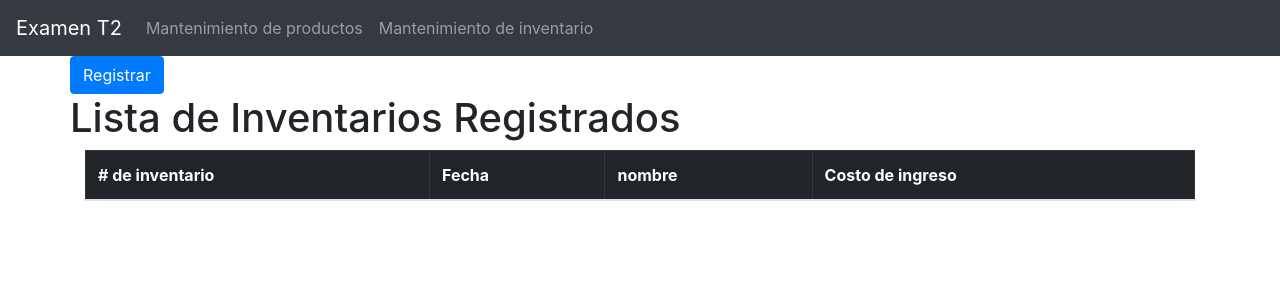
Repository: cartulina68/LP2_Examen2_Rosas
Page: http://localhost/inventario/index
An editor plug-in stored every save of this project. The page is shown before and after the next save, followed by the edit.
The browser window is 1280 px wide. The pictures show the whole page.
The page is this project's Thymeleaf template; nobody is signed in. The template is opened directly, without the code that normally fills it, so the values that code supplies are empty.

Above is the page before, as saved 2024-10-12 03:30:23.

### Spring/BD_T2_Inventario/src/main/resources/templates/inventario/index.html
<!DOCTYPE html>
<html xmlns:th="http://www.thymeleaf.org">
<head>
<meta charset="UTF-8">
<title>Inventario</title>
</head>
<link rel="stylesheet"
	href="https://maxcdn.bootstrapcdn.com/bootstrap/4.0.0/css/bootstrap.min.css"
	integrity="sha384-Gn5384xqQ1aoWXA+058RXPxPg6fy4IWvTNh0E263XmFcJlSAwiGgFAW/dAiS6JXm"
	crossorigin="anonymous">
<body>
	<nav class="navbar navbar-expand-md bg-dark navbar-dark">
		<!-- Brand -->
		<a class="navbar-brand" href="#">Examen T2</a>

		<!-- Toggler/Collapse Button -->
		<button class="navbar-toggler" type="button" data-toggle="collapse"
			data-target="#collapsibleNavbar">
			<span class="navbar-toggler-icon"></span>
		</button>

		<!-- Navbar links -->
		<div class="collapse navbar-collapse" id="collapsibleNavbar">
			<ul class="navbar-nav">
				<li class="nav-item"><a class="nav-link" th:href="@{/producto/index}">Mantenimiento de productos</a></li>
				<li class="nav-item"><a class="nav-link" th:href="@{/inventario/index}">Mantenimiento de inventario</a></li>
			</ul>
		</div>
	</nav>
	<div class="container">


		<div class="row">
			<a th:href="@{/inventario/new}" class="btn btn-primary">Registrar</a>
		</div>

		<div class="row">
			<h1>Lista de Inventarios Registrados</h1>
		</div>


		<table class="table table-striped table-bordered">
			<thead class="table-dark">
				<tr>
					<th># de inventario</th>
					<th>Fecha</th>
					<th>nombre</th>
					<th>Costo de ingreso</th>
				</tr>
			</thead>
			<tbody>
				<tr th:each="inventario: ${inventarios}">
					<td th:text="${inventario.nroInventario}"></td>
					<td th:text="${inventario.fecha}"></td>
					<td th:text="${inventario.idProd.nomProd}"></td>
					<td th:text="${inventario.costoIngreso}"></td>



					<td>
						<a th:href="@{/inventario/edit/{id}(id=${inventario.nroInventario})}" class="btn btn-primary">Actualizar</a>
					</td>
				</tr>
			</tbody>
		</table>
	</div>

</body>
</html>

After the next save:
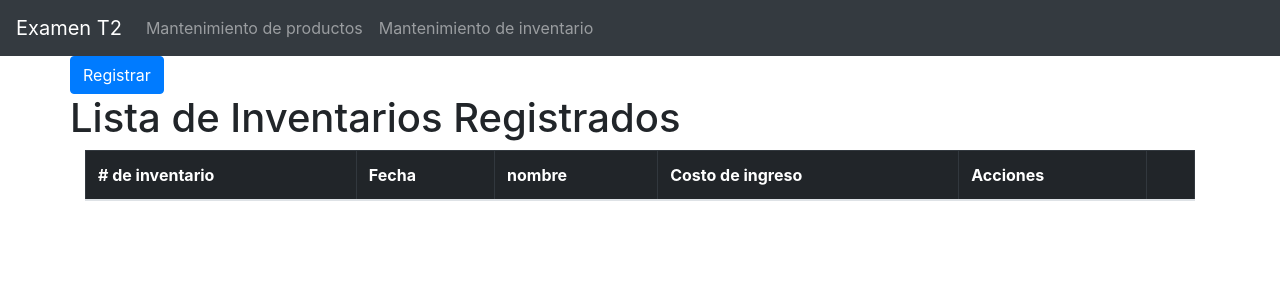
Saved 72 s later.
--- a/Spring/BD_T2_Inventario/src/main/resources/templates/inventario/index.html
+++ b/Spring/BD_T2_Inventario/src/main/resources/templates/inventario/index.html
@@ -46,6 +46,7 @@
 					<th>Fecha</th>
 					<th>nombre</th>
 					<th>Costo de ingreso</th>
+					<th>Acciones<th>
 				</tr>
 			</thead>
 			<tbody>
